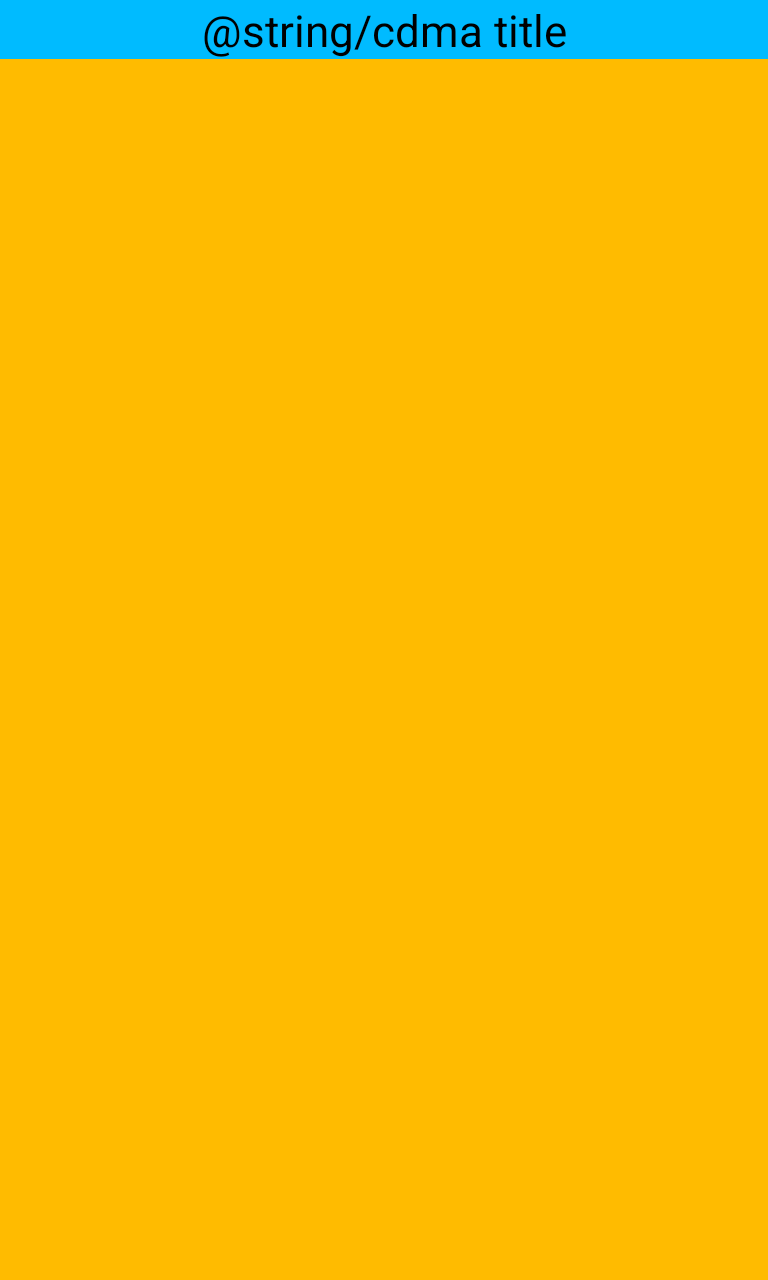
Repository: sbobhate/Android-Applications
Layout: EWBProject/res/layout/fragment_fragment1.xml
An editor plug-in stored every save of this project. The layout is shown before and after the next save, followed by the edit.
It is drawn on a 768 x 1280 px phone screen (xhdpi) without system bars, with theme AppTheme; the app's code is not run.

Above is the layout before, as saved 2014-02-21 14:06:44.

After the next save:
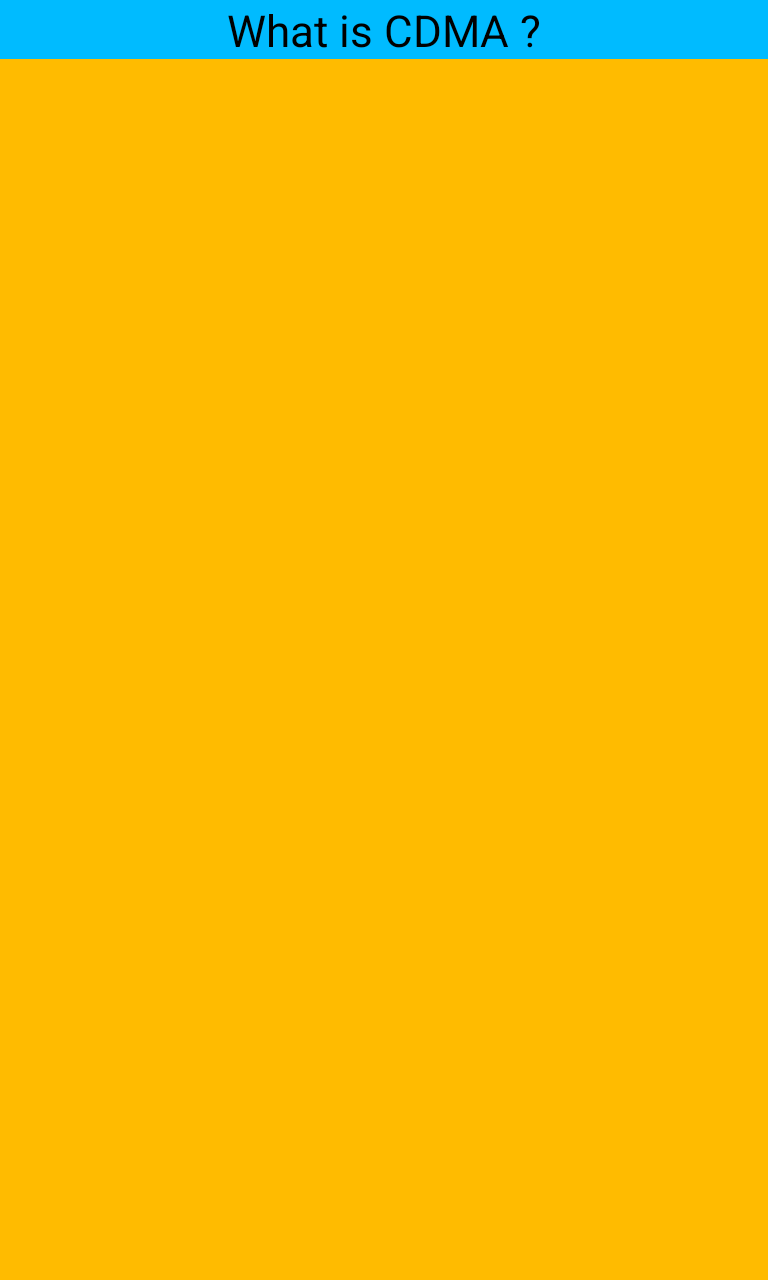
Saved 27 s later.
--- a/EWBProject/res/layout/fragment_fragment1.xml
+++ b/EWBProject/res/layout/fragment_fragment1.xml
@@ -11,7 +11,7 @@
         android:textAppearance="?android:attr/textAppearanceLarge"
         android:textColor="#000000"
         android:gravity="center"
-        android:text="@string/cdma title"
+        android:text="@string/cdma_title"
         android:layout_centerHorizontal="true"
         android:background="#00BBFF" />
 
